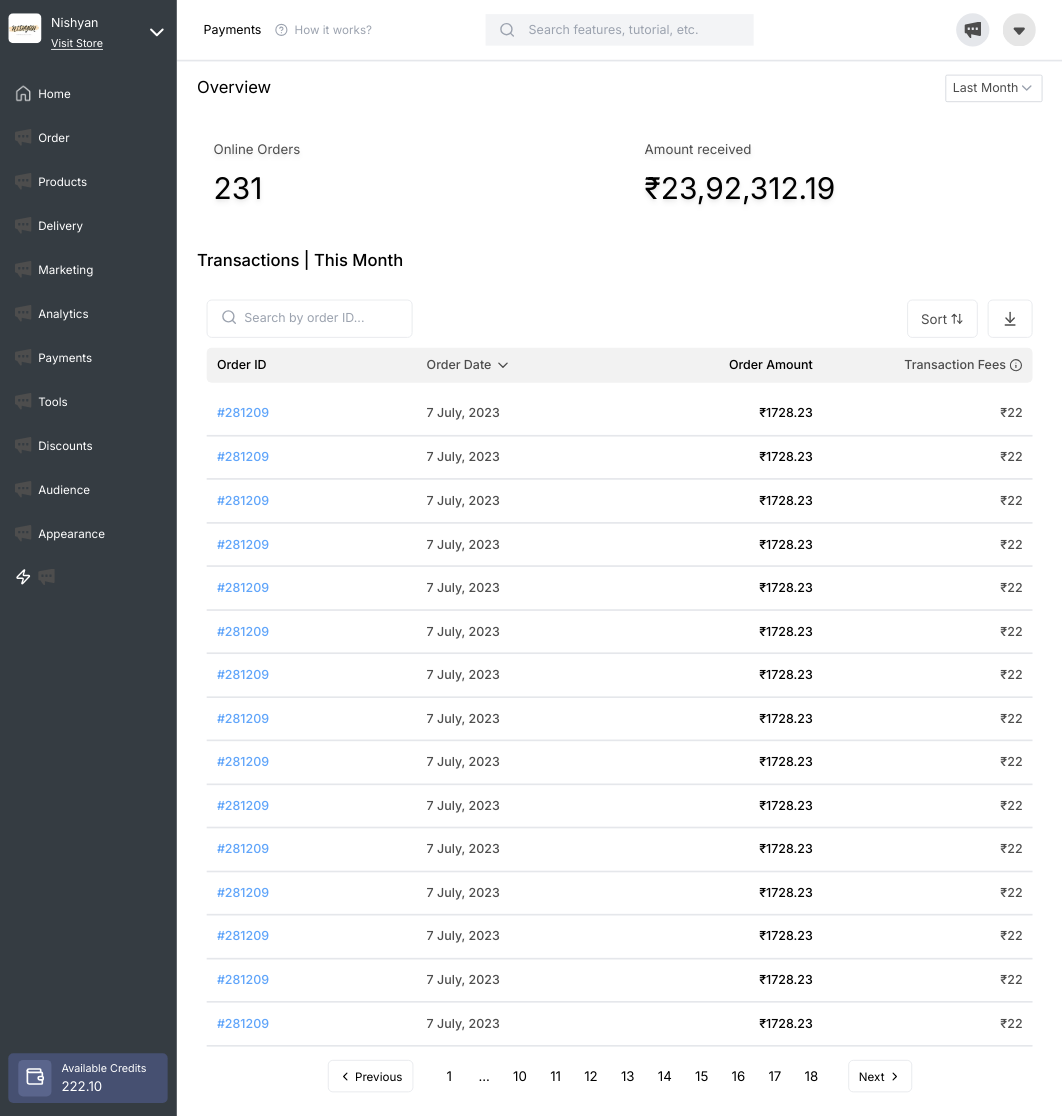
Repository: SubhamBnk/dukaan-task
Page: /
These files come from the project's save history. The page is drawn as it stood at one moment and after the next save; the edit follows.
The browser window is 1280 px wide. The pictures show the whole page, at 83% of full size.
The project was rebuilt for these pictures with package versions that can differ from the ones it lists, and the page was loaded fresh each time. The framework's server and built-in components were replaced by stand-ins that run in the browser. Also part of the build but not shown: next.config.js.

Above is the page before, as saved 2024-01-09 20:41:06.

### src/app/page.tsx
import OrderList from '@/components/OrderList'
import {  ArrowDown, ArrowDownToLine, ArrowUpDown, BadgePercent, BarChartBig, ChevronDown, ChevronLeft, ChevronRight, ClipboardList, CreditCard, HelpCircle, HomeIcon, Info, LayoutGrid, MousePointer2, Palette, Search, Truck, Users, Volume2, Wallet, Zap } from 'lucide-react'
import Image from 'next/image'

export default function Home() {
  const ordersToRender = [];

    for (let i = 0; i < 15; i++) {
      ordersToRender.push(<OrderList key={i} />);
    }

  return (
    <div className='grid grid-cols-6 bg-white '>
      <div className='bg-[#353C42] h-100 px-2.5 py-4 text-white relative'>
          {/* Logo and Name */}
          <div className='flex gap-3'>
            <div>
              <Image src='/logo.png' alt='Nishyan' className='rounded-md' width={50} height={50}/>
            </div>
            <div className='flex flex-col gap-1 justify-start items-start w-2/3'>
              <p className='text-[15px]'>
                Nishyan</p>
              <p className='text-[13px] underline underline-offset-2'>Visit Store</p>
            </div>
            <div className='flex items-center'>
              <ChevronDown className='h-7 w-7 font-bold'/>
            </div>
          </div>

          {/* Navigation List */}
          <div className='mt-6 gap-1'>
              <div className='flex gap-2 px-2 py-4 rounded-md hover:bg-[#4d587b]'>
                 <Image src="/home.png" alt="group" width={20} height={20}/>
                <p className='text-[14px]'>Home</p>
              </div>
              <div className='flex gap-2 px-2 py-4 rounded-md hover:bg-[#4d587b]'>
                 <Image src='./Group.svg' alt="group" width={20} height={20}/>
                <p className='text-[14px]'>Order</p>
              </div>
              <div className='flex gap-2 px-2 py-4 rounded-md hover:bg-[#4d587b]'>
                 <Image src='./Group.svg' alt="group" width={20} height={20}/>
                <p className='text-[14px]'>Products</p>
              </div>
              <div className='flex gap-2 px-2 py-4 rounded-md hover:bg-[#4d587b]'>
                 <Image src='./Group.svg' alt="group" width={20} height={20}/>
                <p className='text-[14px]'>Delivery</p>
              </div>
              <div className='flex gap-2 px-2 py-4 rounded-md hover:bg-[#4d587b]'>
                 <Image src='./Group.svg' alt="group" width={20} height={20}/>
                <p className='text-[14px]'>Marketing</p>
              </div>
              <div className='flex gap-2 px-2 py-4 rounded-md hover:bg-[#4d587b]'>
                 <Image src='./Group.svg' alt="group" width={20} height={20}/>
                <p className='text-[14px]'>Analytics</p>
              </div>
              <div className='flex gap-2 px-2 py-4 rounded-md hover:bg-[#4d587b]'>
                 <Image src='./Group.svg' alt="group" width={20} height={20}/>
                <p className='text-[14px]'>Payments</p>
              </div>
              <div className='flex gap-2 px-2 py-4 rounded-md hover:bg-[#4d587b]'>
                 <Image src='./Group.svg' alt="group" width={20} height={20}/>
                <p className='text-[14px]'>Tools</p>
              </div>
              <div className='flex gap-2 px-2 py-4 rounded-md hover:bg-[#4d587b]'>
                 <Image src='./Group.svg' alt="group" width={20} height={20}/>
                <p className='text-[14px]'>Discounts</p>
              </div>
              <div className='flex gap-2 px-2 py-4 rounded-md hover:bg-[#4d587b]'>
                <Image src='./Group.svg' alt="group" width={20} height={20}/>
                <p className='text-[14px]'>Audience</p>
              </div>
              <div className='flex gap-2 px-2 py-4 rounded-md hover:bg-[#4d587b]'>
                <Image src='./Group.svg' alt="group" width={20} height={20}/>
                <p className='text-[14px]'>Appearance</p>
              </div>
              <div className='flex gap-2 px-2 py-4 rounded-md hover:bg-[#4d587b]'>
                <Zap className='w-5 h-5'/>
                 <Image src='./Group.svg' alt="group" width={20} height={20}/>
              </div>

          </div>

          {/* Available Credits */}
          <div className='absolute bottom-2 flex items-center mb-2 w-[90%]'>
            <div className='flex px-3 py-2 bg-[#465071] rounded-md w-full'>
              <div className='p-2 bg-[#5a658c] rounded-md'>
                <Wallet className='w-6 h-6'/>
              </div>
              <div className='pl-3 w-full'>
                <p className='text-[13px]'>Available Credits</p>
                <p className='text-[16px]'>222.10</p>
              </div>
            </div>
          </div>
      </div>

      {/* Dashboard Navbar*/}
      <div className='col-span-5'>
        {/* Navbar */}
        <div className='grid grid-cols-3 gap-4 py-4 px-8 items-center border-b-2 border-gray-200'>
            <div className='flex gap-4 w-auto'>
              <p className='text-[15px] font-md'>Payments</p>
              <div className='flex items-center gap-2 w-auto'>
                <HelpCircle className='text-gray-400 w-4 h-4'/>
                <p className='text-sm font-sm text-gray-400'> How it works?</p>
              </div>
            </div>
            <div className='flex gap-4 w-auto items-center bg-gray-100 px-4 py-2'>
              <Search className='text-gray-400 w-5 h-5'/>
              <p className='text-[15px] text-gray-400'>Search features, tutorial, etc.</p>
            </div>
            <div className='flex gap-4 w-auto justify-end'>
              <div className='rounded-full bg-gray-200 h-10 w-10 flex items-center justify-center'>
              <Image src='./Group.svg' alt="group" width={20} height={20}/>
              </div>
              <Image src='./Menu.svg' alt="menu" width={40} height={40}/>
            </div>
        </div>

        {/* Main content */}
        <div className='flex flex-col px-6 py-4'>
          <div>
            {/* Overview Layer */}
            <div className='flex justify-between'>
              <p className='text-[20px] text-semibold'>Overview</p>
              <div className='px-2 py-1 rounded-sm flex border border-gray-300 items-center'>
                <p className='text-[15px] text-[#4D4D4D]'>Last Month</p>
                <ChevronDown className='text-gray-400 h-5 w-5'/>
              </div>
            </div>
            {/* Orders Layer */}
            <div className='grid grid-cols-2 gap-5 mt-6'>
              <div className='p-5 flex flex-col gap-4 drop-shadow-md'>
                <div><p className='text-[16px] text-[#4D4D4D]'>Online Orders</p></div>
                <div><p className='text-4xl'>231</p></div>
              </div>
              <div className='p-5 flex flex-col gap-4 drop-shadow-md'>
                <div><p className='text-[16px] text-[#4D4D4D]'>Amount received</p></div>
                <div><p className='text-4xl'>₹23,92,312.19</p></div>
              </div>
            </div>
          </div>

          {/* Transactions section */}
          <div className='mt-8 flex flex-col'>
            <div className='w-auto'>
              <p className='text-[20px] font-[500]'>Transactions | This Month</p>
            </div>

            {/* Order Details */}
            <div className='mt-5 p-3'>
                {/* Search Sort and Download Section */}
                <div className='flex flex-col gap-3'>
                    <div className='flex gap-3'>
                      <div className='flex justify-between w-full'>
                        <div className='flex flex-start py-2.5 px-4 border border-gray-200 rounded-md w-[248px]'>
                          <Search className='text-gray-400 w-5 h-5'/>
                          <p className='text-[15px] text-gray-400 pl-2'>Search by order ID...</p>
                        </div>
                        {/* Sort Icon */}
                        <div className='flex flex-start items-center py-2.5 px-4 border border-gray-200 rounded-md '>
                          <p className='text-[16px] text-[#4D4D4D]'>Sort</p>
                          <ArrowUpDown className='text-[#4D4D4D] w-5 h-5 pl-1'/>
                        </div>
                      </div>

                      {/* Download Icon  */}
                      <div className='flex flex-start items-center py-2.5 px-4 border border-gray-200 rounded-md '>
                        <ArrowDownToLine className='text-[#4D4D4D] w-5 h-5'/>
                      </div>
                    </div>

                    {/* Table Header */}
                    <div className='py-2.5 px-3 grid grid-cols-4 gap-10 rounded-md bg-[#F2F2F2]'>
                      <div className='flex justify-start items-start'><p className='text-[15px] font-[500]'>Order ID</p></div>
                      <div className='flex justify-start items-center'>
                        <p className='text-[15px] text-[#4D4D4D] font-[500]'>Order Date</p>
                        <ChevronDown className='text-[#4D4D4D] w-5 h-5 ml-1'/>
                      </div>
                      <div className='flex justify-end items-end'><p className='text-[15px] font-[500]'>Order Amount</p></div>
                      <div className='flex justify-end items-center'>
                        <p className='text-[15px] text-[#4D4D4D] font-[500]'>Transaction Fees</p>
                        <Info className='text-[#4D4D4D] w-4 h-4 ml-1'/>
                      </div>
                    </div>

                    {/* Orders List */}
                    <div>
                      {ordersToRender}
                    </div>

                    {/* Pagination */}
                    <div className='mt-1 flex items-center justify-center gap-6'>
                        {/* Previous Icon*/}
                        <div className='flex flex-start items-center py-2 px-3 border border-gray-200 hover:bg-blue-500 hover:text-white rounded-md'>
                          <ChevronLeft className=' w-5 h-5 pr-1'/>
                          <p className='text-[14px] '>Previous</p>
                        </div>
                        <div className='flex gap-1'>
                            <div className='py-2 px-4 hover:bg-blue-500 hover:text-white rounded-md'><p>1</p></div>
                            <div className='py-2 px-3 hover:bg-blue-500 hover:text-white rounded-md'><p>...</p></div>
                            <div className='py-2 px-3 hover:bg-blue-500 hover:text-white rounded-md'><p>10</p></div>
                            <div className='py-2 px-3 hover:bg-blue-500 hover:text-white rounded-md'><p>11</p></div>
                            <div className='py-2 px-3 hover:bg-blue-500 hover:text-white rounded-md'><p>12</p></div>
                            <div className='py-2 px-3 hover:bg-blue-500 hover:text-white rounded-md'><p>13</p></div>
                            <div className='py-2 px-3 hover:bg-blue-500 hover:text-white rounded-md'><p>14</p></div>
                            <div className='py-2 px-3 hover:bg-blue-500 hover:text-white rounded-md'><p>15</p></div>
                            <div className='py-2 px-3 hover:bg-blue-500 hover:text-white rounded-md'><p>16</p></div>
                            <div className='py-2 px-3 hover:bg-blue-500 hover:text-white rounded-md'><p>17</p></div>
                            <div className='py-2 px-3 hover:bg-blue-500 hover:text-white rounded-md'><p>18</p></div>
                        </div>
                        <div className='flex flex-start items-center py-2 px-3 border border-gray-200 hover:bg-blue-500 hover:text-white rounded-md '>
                          <p className='text-[14px] '>Next</p>
                          <ChevronRight className='w-5 h-5 pl-1'/>
                        </div>
                    </div>
                </div>
            </div>
          </div>
        </div>
      </div>
    </div>
  )
}

### src/components/OrderList.tsx


const OrderList = () => {
  return (
    <div className='grid grid-cols-4 gap-10 px-3 py-3.5 border-b-2 border-gray-200'>
            <div className='flex justify-start items-start'><p className='text-[15px] font-[500] text-blue-400'>#281209</p></div>
            <div className='flex justify-start items-center'>
            <p className='text-[15px] text-[#4D4D4D] font-[500]'>7 July, 2023</p>
            </div>
            <div className='flex justify-end items-end'><p className='text-[15px] font-[500]'>&#x20B9;1728.23</p></div>
            <div className='flex justify-end items-center'>
                <p className='text-[15px] text-[#4D4D4D] font-[500]'>&#x20B9;22</p>
            </div>
    </div>
  )
}

export default OrderList

Loaded but not shown: src/app/layout.tsx (common file); src/app/globals.css (common file); tailwind.config.ts (common file)

After the next save:
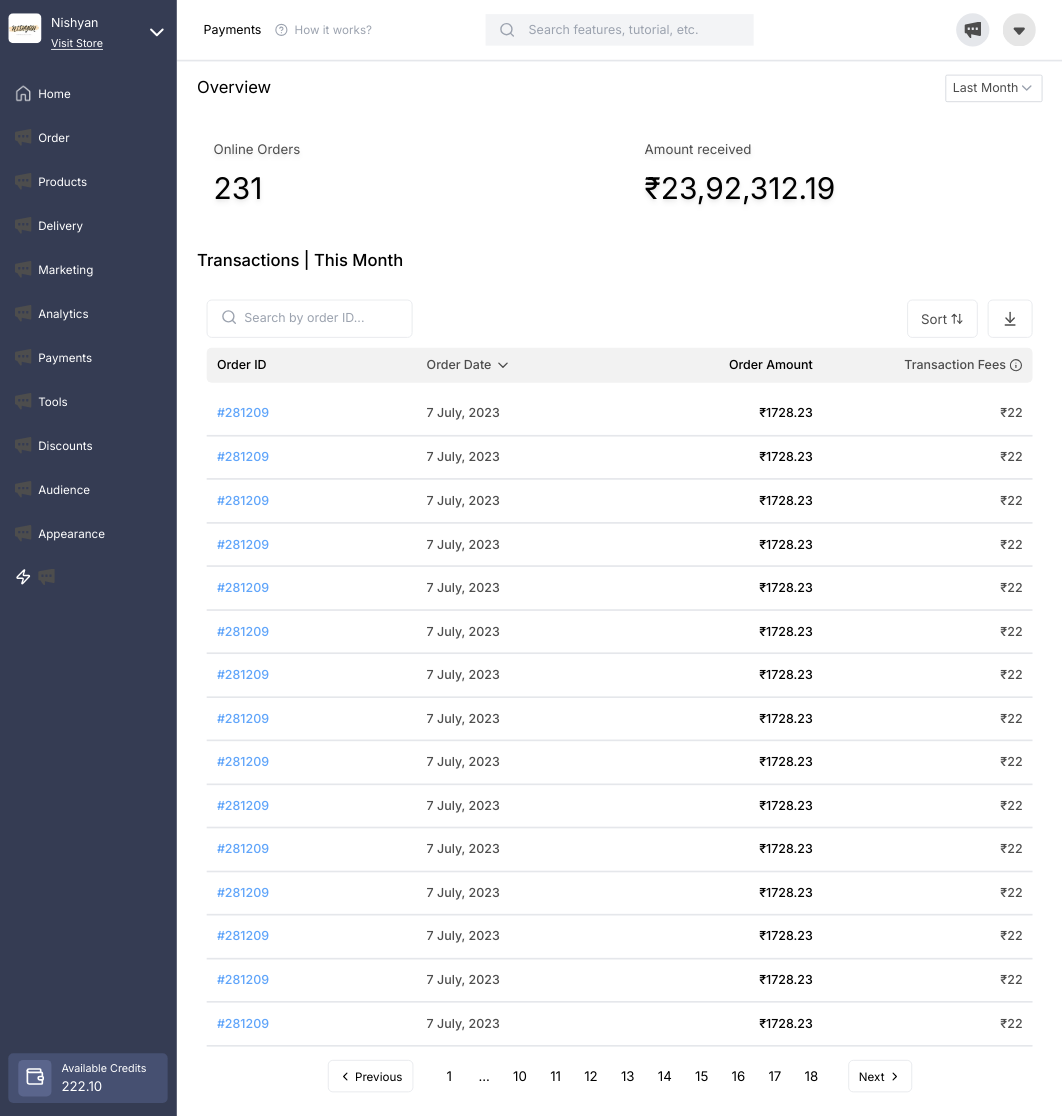
Saved 59 s later.
--- a/src/app/page.tsx
+++ b/src/app/page.tsx
@@ -11,7 +11,7 @@ export default function Home() {
 
   return (
     <div className='grid grid-cols-6 bg-white '>
-      <div className='bg-[#353C42] h-100 px-2.5 py-4 text-white relative'>
+      <div className='bg-[#353C53] h-100 px-2.5 py-4 text-white relative'>
           {/* Logo and Name */}
           <div className='flex gap-3'>
             <div>
